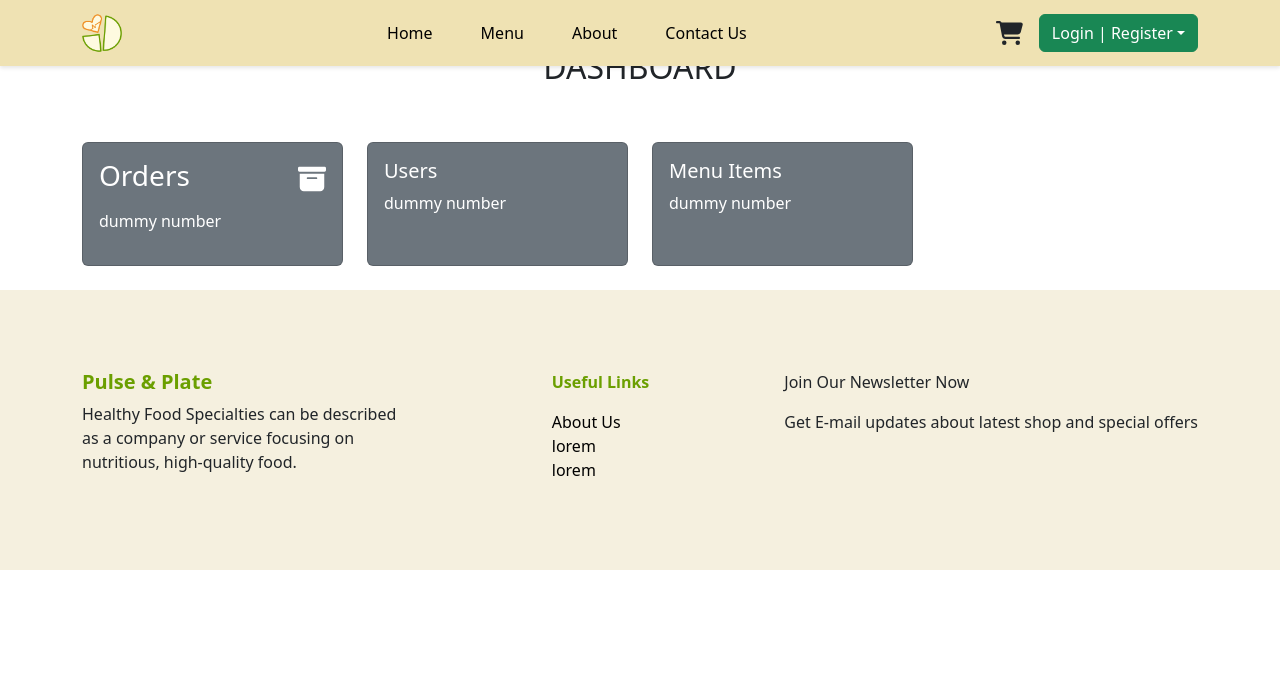
Repository: zeinawady/Pulse-and-Plate
Page: /dashboard
An editor plug-in stored every save of this project. The page is shown before and after a run of saves, followed by the edit.
The browser window is 1280 px wide. The pictures show the whole page.
The project was rebuilt for these pictures with package versions that can differ from the ones it lists, and the page was loaded fresh each time. Also part of the build but not shown: src/components/Main/Main.css, src/components/Main/Main.js, src/components/Menu/MealCard.css, src/components/Menu/MealCard.js, src/components/Menu/Categories.css, src/components/Menu/Categories.js, src/components/Menu/Menu.css, src/components/Menu/Menu.js and 21 more.

Above is the page before, as saved 2025-05-15 18:53:00.

### public/index.html
<!DOCTYPE html>
<html lang="en">
  <head>
    <meta charset="utf-8" />
    <link rel="icon" href="%PUBLIC_URL%/images/logo-trans.png" />
    <meta name="viewport" content="width=device-width, initial-scale=1" />
    <meta name="theme-color" content="#000000" />
    <meta
      name="description"
      content="Web site created using create-react-app"
    />
    <link rel="apple-touch-icon" href="%PUBLIC_URL%/images/logo-trans.png" />
    <!--
      manifest.json provides metadata used when your web app is installed on a
      user's mobile device or desktop. See https://developers.google.com/web/fundamentals/web-app-manifest/
    -->
    <link rel="manifest" href="%PUBLIC_URL%/manifest.json" />
    <!--
      Notice the use of %PUBLIC_URL% in the tags above.
      It will be replaced with the URL of the `public` folder during the build.
      Only files inside the `public` folder can be referenced from the HTML.

      Unlike "/favicon.ico" or "favicon.ico", "%PUBLIC_URL%/favicon.ico" will
      work correctly both with client-side routing and a non-root public URL.
      Learn how to configure a non-root public URL by running `npm run build`.
    -->
    <title>Pulse And Plate</title>
  </head>
  <body>
    <noscript>You need to enable JavaScript to run this app.</noscript>
    <div id="root"></div>
    <!--
      This HTML file is a template.
      If you open it directly in the browser, you will see an empty page.

      You can add webfonts, meta tags, or analytics to this file.
      The build step will place the bundled scripts into the <body> tag.

      To begin the development, run `npm start` or `yarn start`.
      To create a production bundle, use `npm run build` or `yarn build`.
    -->
  </body>
</html>

### src/index.js
import React from 'react';
import ReactDOM from 'react-dom/client';
import './index.css';
import App from './App';
import reportWebVitals from './reportWebVitals';
import 'bootstrap/dist/css/bootstrap.min.css';
import '@fortawesome/fontawesome-free/css/all.min.css';
import 'bootstrap/dist/css/bootstrap.min.css';
import './fontAwesome';
import { BrowserRouter } from 'react-router-dom';

const root = ReactDOM.createRoot(document.getElementById('root'));
root.render(
  <React.StrictMode>
    <BrowserRouter>
      <App />
    </BrowserRouter>
  </React.StrictMode>
);

// If you want to start measuring performance in your app, pass a function
// to log results (for example: reportWebVitals(console.log))
// or send to an analytics endpoint. Learn more: https://bit.ly/CRA-vitals
reportWebVitals();

### src/App.js
import React from "react";
import "./App.css";
import Home from "./components/Home/Home";
import Footer from "./components/Footer/Footer";
import { Routes, Route } from "react-router-dom";

import Header from "./components/Header/Header";
import About from "./components/About/About";
import Menu from "./components/Menu/Menu";
import ContactUs from "./components/ContactUs/ContactUs";
import Login from "./components/Login/Login";
import SignUp from "./components/SignUp/SignUp";
import UserProfile from "./components/UserProfile/UserProfile";
import { UserProvider } from "./UserContext";
import ProductInfo from "./components/ProductInfo/ProductInfo";
import PaymentPage from "./components/PaymentPage/PaymentPage";
import AdminProfile from "./components/AdminProfile/AdminProfile";
import Dashboard from "./components/Dashboard/Dashboard";

function App() {
  return (
    <UserProvider>
      <div>
        <Header />
        <Routes>
          <Route path="/" element={<Home />} />
          <Route path="/home" element={<Home />} />
          <Route path="/about" element={<About />} />
          <Route path="/menu" element={<Menu />} />
          <Route path="/category" element={<Menu />} />
          <Route path="/login" element={<Login />} />
          <Route path="/register" element={<SignUp />} />
          <Route path="/userAccount" element={<UserProfile />} />
          <Route path="/contactus" element={<ContactUs />} />
          <Route path="/product-info" element={<ProductInfo />} />
          <Route path="/PaymentPage" element={<PaymentPage />} />
          <Route path="/admin-profile" element={<AdminProfile />} />
          <Route path="/dashboard" element={<Dashboard />} />
        </Routes>

        <Footer />
      </div>
    </UserProvider>
  );
}

export default App;

### src/fontAwesome.js
// src/fontAwesome.js
import { library } from '@fortawesome/fontawesome-svg-core';
import {
    faUser,
    faCartShopping,
    faHome,
    faEnvelope,
    faSearch,
    faConciergeBell,
     faPercent,
     faTruckFast,
     faCarrot,
    // Add any other icons you need here
} from '@fortawesome/free-solid-svg-icons';

// Add icons to the library
library.add(
    faUser,
    faCartShopping,
    faHome,
    faEnvelope,
    faSearch,
    faConciergeBell,
    faPercent,
    faTruckFast,
    faCarrot,

    // Add any other icons you need here
);

### src/App.css
@font-face {
  font-family: "Lato";
  src: url("../public/Fonts/Lato/Lato-Black.ttf") format("truetype");
}

:root {
  --primary-color: #6b9f00;
  --secondary-color: #ef9025;
  --light-color: hsl(47, 66%, 82%);
  --text-color: #000000;
  --font-family: "Lato", sans-serif;
  --sections-padding: 5rem;
}

body {
  margin: 0;
  padding: 0;
  border: none !important;
  outline: none !important;
  font-family: var(--font-family);
  font-weight: 500;
  -webkit-font-smoothing: antialiased;
  -moz-osx-font-smoothing: grayscale;
  background-color: #eee;

}
a{
  text-decoration: none;
}

### src/components/Footer/Footer.js
import "../../App";

import "./Footer.css";
import { Container } from "react-bootstrap";
import Button from "react-bootstrap/Button";
import { FontAwesomeIcon } from "@fortawesome/react-fontawesome";


export default function Footer() {
    return (
        <footer>
            <Container fluid="md">
            <div className="wrapper-footer">
                <div className="info">
                    <h5>Pulse & Plate</h5>
                    <p>Healthy Food Specialties can be described as a company or service focusing on nutritious, high-quality food. </p>
                </div>
                <div className="links">
                    <p >Useful Links</p>
                    <a href="#">About Us</a>
                    <a href="#">lorem</a>
                    <a href="#">lorem</a>
                </div>
                <div>
                    <p>Join Our Newsletter Now </p>
                    <p>Get E-mail updates about latest shop and special offers </p>
                </div>
            </div>
            </Container>
        </footer>
    );
}

### src/components/Header/Header.js
import React from 'react';
import './Header.css';
import '../../App';
import { Link, NavLink, useNavigate } from 'react-router-dom';
import { useUser } from "../../UserContext";

// React Bootstrap
import Container from 'react-bootstrap/Container';
import Nav from 'react-bootstrap/Nav';
import Navbar from 'react-bootstrap/Navbar';
import Dropdown from 'react-bootstrap/Dropdown';

// Font Awesome
import { FontAwesomeIcon } from '@fortawesome/react-fontawesome';
import { faCartShopping } from '@fortawesome/free-solid-svg-icons';

export default function Header() {
    const { user, setUser } = useUser();
    const navigate = useNavigate();

    const handleLogout = () => {
        navigate('/login');
        localStorage.removeItem("user");
        localStorage.removeItem("token");
        setUser(null);
    };

    return (
        <Navbar expand="md" className="fixed-top">
            <Container fluid="md">
                <Navbar.Brand as={Link} to="/home">
                    <img
                        src="/images/logo-trans.png"
                        width="40"
                        height="40"
                        className="d-inline-block align-top"
                        alt="React Bootstrap logo"
                    />
                </Navbar.Brand>

                <Navbar.Toggle aria-controls="basic-navbar-nav" />
                <Navbar.Collapse id="basic-navbar-nav">
                    <Nav className="me-auto ms-auto">
                        <Nav.Link as={NavLink} to="/home">Home</Nav.Link>
                        <Nav.Link as={NavLink} to="/menu">Menu</Nav.Link>
                        <Nav.Link as={NavLink} to="/about">About</Nav.Link>
                        <Nav.Link as={NavLink} to="/contactus">Contact Us</Nav.Link>
                    </Nav>

                    <div className="icons d-flex align-items-center gap-3">
                        <FontAwesomeIcon icon={faCartShopping} size="lg" />

                        <Dropdown align="end">
                            <Dropdown.Toggle variant="success" id="dropdown-user">
                                {user?.name ? user.name.split(" ")[0] : "Login | Register"}
                            </Dropdown.Toggle>

                            <Dropdown.Menu>
                                {user?.name ? (
                                    <>
                                        <Dropdown.Item as={Link} to="/userAccount">Profile</Dropdown.Item>
                                        <Dropdown.Item onClick={handleLogout}>Logout</Dropdown.Item>
                                    </>
                                ) : (
                                    <>
                                        <Dropdown.Item as={Link} to="/login">Login</Dropdown.Item>
                                        <Dropdown.Item as={Link} to="/register">Register</Dropdown.Item>
                                    </>
                                )}
                            </Dropdown.Menu>
                        </Dropdown>
                    </div>
                </Navbar.Collapse>
            </Container>
        </Navbar>
    );
}

### src/UserContext.jsx
import { createContext, useContext, useState } from 'react';

const UserContext = createContext();

export function UserProvider({ children }) {
  const [user, setUser] = useState(() => {
    const stored = localStorage.getItem('user');
    return stored ? JSON.parse(stored) : null;
  });

  const updateUser = (updatedUser) => {
    localStorage.setItem('user', JSON.stringify(updatedUser));
    setUser(updatedUser);
  };

  return (
    <UserContext.Provider value={{ user, setUser: updateUser }}>
      {children}
    </UserContext.Provider>
  );
}

export function useUser() {
    return useContext(UserContext);
}

### src/components/Dashboard/Dashboard.js
import React from "react";
import "../../App";
import "./Dashboard.css";
import { BsFillArchiveFill } from "react-icons/bs";
export default function Dashboard() {
  return (
    <div className="main-container container">
      <h2 className="text-center p-5">DASHBOARD</h2>

      <div className="row g-4 mb-4">

        <div className="col-md-3 col-sm-6">
          <div className="card text-white bg-secondary h-100">
            <div className="card-body">
              <div className="card-inner">
                <div className="card-title d-flex justify-content-between">
                  <h3>Orders</h3>
                  <h3 className="card_icon ">
                    <BsFillArchiveFill />
                  </h3>
                </div>
                  <p fs-2>dummy number</p>
              </div>
            </div>
          </div>
        </div>
        <div className="col-md-3 col-sm-6">
          <div className="card text-white bg-secondary h-100">
            <div className="card-body">
              <h5 className="card-title">Users</h5>
              <p className="card-text">dummy number</p>
            </div>
          </div>
        </div>

        <div className="col-md-3 col-sm-6">
          <div className="card text-white bg-secondary h-100">
            <div className="card-body">
              <h5 className="card-title">Menu Items</h5>
              <p className="card-text">dummy number</p>
            </div>
          </div>
        </div>
      </div>
    </div>
  );
}

### src/components/Footer/Footer.css
footer{
    background-color: hsla(47, 53%, 90%, 0.822);
    padding-block-start: var(--sections-padding);
    padding-block-end: var(--sections-padding);
}
.wrapper-footer{
    display: flex;
    justify-content: space-between;

}
.wrapper-footer .info{
  width: 30%;

}
.wrapper-footer .info h5{
    color: var(--primary-color);
    font-weight: 700;
}
.links>p:first-child{
font-weight: 700;
color: var(--primary-color);

}
.links{
    display: flex;
    flex-direction: column;
}
.links a{
    text-decoration: none;
    color: var(--text-color);
}
@media (max-width: 767px) {
    .wrapper-footer{
       flex-direction: column;
    }
    .wrapper-footer .info{
        width: 100%;
      }

}

### src/components/Header/Header.css
.navbar {
    box-shadow: 0 2px 4px rgba(0, 0, 0, 0.1);
    /* background-color: rgba(254, 250, 225, 0.3);
     */
     background-color: var(--light-color);
     z-index: 100;
}

.navbar-nav .nav-link,
.dropdown-menu .dropdown-item {
    color: var(--text-color);
}


/* * --> all children */
.navbar .nav-link {
    padding: 0 1.5rem !important;
    text-align: center;
}

@media (max-width: 767px) {
    .navbar .nav-link {
        padding: 0.5rem 0 !important;
    }

    .icons>svg {
        padding-top: 0.5rem;
        margin: auto;
        font-size: 1.25rem;
    }
}

.icons {
    display: flex;
    gap: 1.5rem;
}

.icons svg {
    font-size: 1.5rem;
}

.navbar-toggler {
    border: none !important;
}

.navbar-toggler:focus {
    box-shadow: none !important;
}

@media (max-width: 767px) {

    /* .navbar .dropdown-menu {
                position: absolute !important;
                top: 80% !important;
                left: 35% !important;
                background-color: var(--light-color);
                right: 0;
                width: 100%;
                z-index: 1050;
            } */
    .navbar-nav {
        .dropdown-menu {
            width: 50%;
            margin: auto;
            text-align: center;
        }

        /* .dropdown-menu[data-bs-popper] {
            top: 100%;
            left: 50%;
            transform: translateX(-50%);
        } */

        /* .nav-item,
        .nav-link {
            text-align: center;
        } */
    }
}

@media (max-width: 441px) {
    .navbar-nav {
        .dropdown-menu {
            width: 35%;
        }
    }
}

### src/components/PaymentPage/PaymentPage.css
:root {
    --primary-color: #6b9f00;
    --secondary-color: #ef9025;
    --light-color: #efe2b3;
    --secondary-light-color: #FDFAE0;
    --text-color: #000000;
    --font-family: "Lato", sans-serif;
    --sections-padding: 5rem;
    --section-margin: 60px;
    /* This variable can be used or adjusted for header height */
}

body {
    margin: 0;
    padding: 0;
    border: none !important;
    outline: none !important;
    font-family: var(--font-family);
    font-weight: 500;
    -webkit-font-smoothing: antialiased;
    -moz-osx-font-smoothing: grayscale;
    background-color: #eee;
    color: var(--text-color);
}

.payment-page a {
    text-decoration: none;
    color: var(--primary-color);
}


/* Main container */
.payment-page.container {
    max-width: 960px;
    margin: 100px;
    padding: var(--sections-padding) 30px;
    background-color: var(--secondary-light-color);
    border-radius: 10px;
    box-shadow: 0 4px 15px rgba(107, 159, 0, 0.3);

}

/* Card style */
.payment-page .card {
    background: var(--light-color);
    border-radius: 12px;
    box-shadow: 0 6px 20px rgba(0, 0, 0, 0.1);
    padding: 30px;
    margin-bottom: 30px;
}

/* Card header */
.payment-page .card-header {
    font-weight: 700;
    font-size: 1.5rem;
    color: var(--primary-color);
    border-bottom: 3px solid var(--secondary-color);
    padding-bottom: 15px;
    margin-bottom: 25px;
}

/* Order Summary Items */
.payment-page .card-body>div.d-flex {
    font-size: 1.1rem;
    justify-content: space-between;
    padding: 8px 0;
    border-bottom: 1px solid var(--secondary-light-color);
}

.payment-page .card-body>hr+div {
    font-weight: 700;
    font-size: 1.25rem;
    color: var(--primary-color);
    padding-top: 10px;
}

/* Form headings */
.payment-page h4,
.payment-page h5 {
    color: var(--primary-color);
    margin-bottom: 20px;
    font-weight: 700;
}

/* Form labels */
.payment-page .form-label {
    font-weight: 600;
    color: var(--text-color);
}

/* Input fields */
.payment-page .form-control {
    border-radius: 8px;
    border: 2px solid var(--primary-color);
    padding: 10px 15px;
    font-family: var(--font-family);
    font-weight: 500;
    font-size: 1rem;
    transition: border-color 0.3s ease;
    color: var(--text-color);
    background-color: #fff;
}

.payment-page .form-control:focus {
    border-color: var(--secondary-color) !important;
    box-shadow: 0 0 8px var(--secondary-color) !important;
    outline: none;
}

/* Validation feedback */
.payment-page .is-invalid {
    border-color: #dc3545 !important;
}

.payment-page .is-invalid:focus {
    box-shadow: 0 0 8px rgba(220, 53, 69, 0.5);
}

.payment-page .invalid-feedback {
    font-size: 0.9rem;
    color: #dc3545;
    margin-top: 6px;
}

/* Radio buttons */
.payment-page .form-check-label {
    font-size: 1rem;
    color: var(--text-color);
}


.payment-page button:hover {
    background-color: var(--secondary-color);
}

/* Submit button - This existing style will override the general button style for submit buttons where properties differ */
.payment-page button[type="submit"] {
    background-color: var(--primary-color);
    /* This is fine, can be more specific if needed */
    border: none;
    color: white;
    font-weight: 700;
    /* Specific to submit */
    padding: 14px 32px;
    /* Specific to submit */
    border-radius: 8px;
    cursor: pointer;
    font-size: 1.1rem;
    /* Specific to submit */
    transition: background-color 0.3s ease;
    box-shadow: 0 5px 15px rgba(107, 159, 0, 0.2);
    /* Specific to submit */
}

.payment-page button[type="submit"]:hover {
    background-color: var(--secondary-color);
    box-shadow: 0 6px 20px rgba(239, 144, 37, 0.3);
    /* Specific to submit */
}

/* Responsive */
@media (max-width: 768px) {
    .payment-page.container {
        padding: 3rem 15px;
        margin-top: 60px;
        /* Adjusted margin for smaller screens if header is smaller or fixed differently */
    }

        .payment-page .row>div {
        margin-bottom: 25px;
    }
}

Loaded but not shown: src/index.css (common file); src/reportWebVitals.js (common file)

After the next 2 saves:
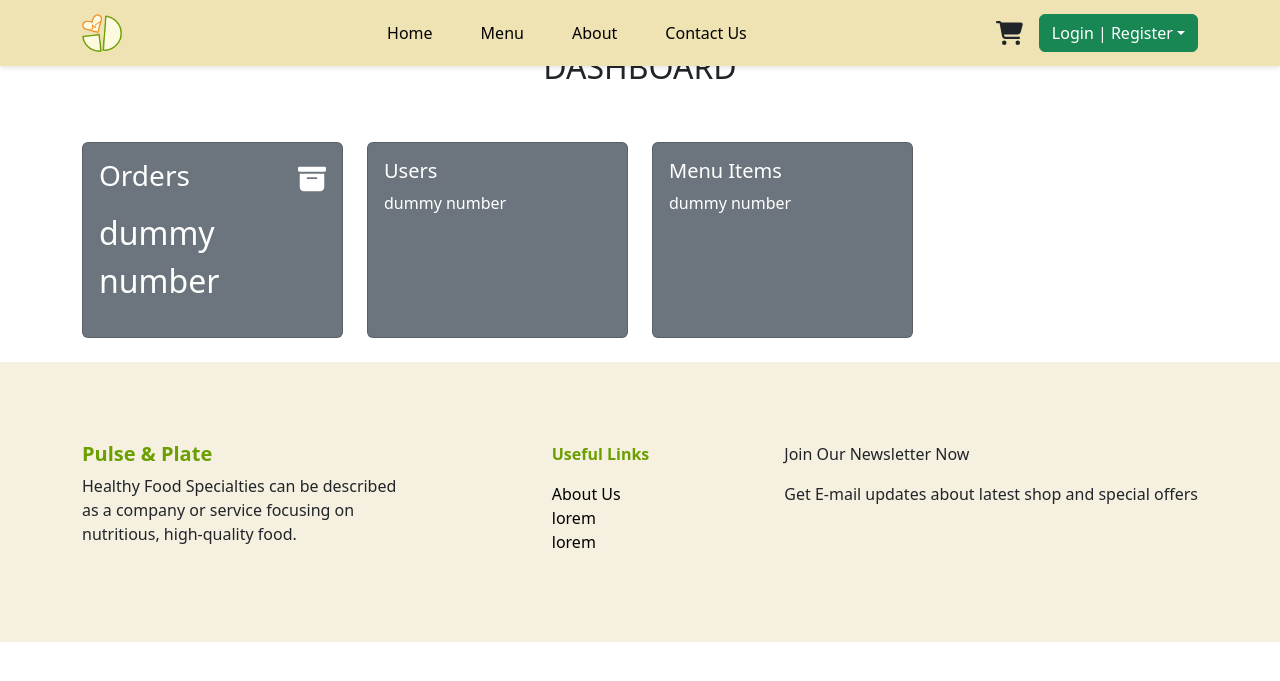
The 2 saves are shown as one change because they came seconds apart.
The last was saved 18 s later.
--- a/src/components/Dashboard/Dashboard.js
+++ b/src/components/Dashboard/Dashboard.js
@@ -19,7 +19,7 @@ export default function Dashboard() {
                     <BsFillArchiveFill />
                   </h3>
                 </div>
-                  <p fs-2>dummy number</p>
+                  <p className="fs-2">dummy number</p>
               </div>
             </div>
           </div>
